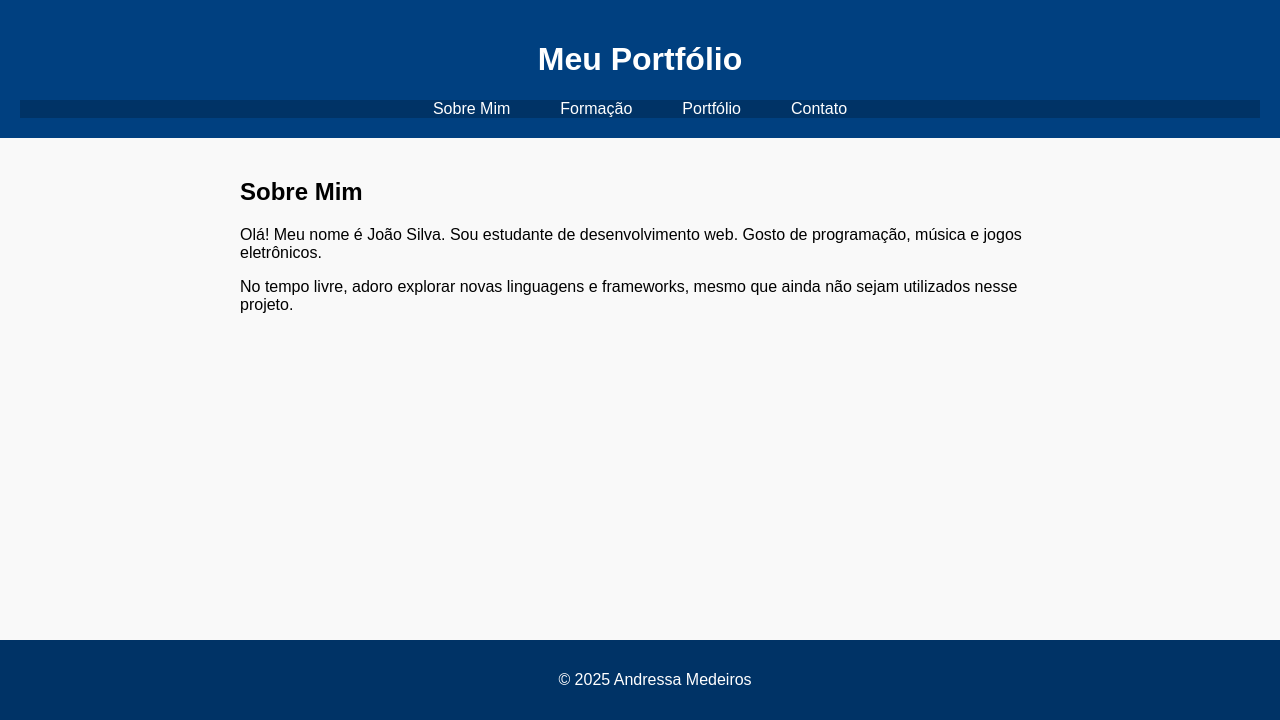
Repository: andressasmedeiros/exercicio-site-basico
Page: index.html
These files come from the project's save history. The page is drawn as it stood at one moment and after the next save; the edit follows.
The browser window is 1280 px wide. The pictures show the whole page.

Above is the page before, as saved 2025-06-26 16:47:17.

### index.html
<!DOCTYPE html>
<html lang="pt-BR">
<head>
  <meta charset="UTF-8" />
  <meta name="viewport" content="width=device-width, initial-scale=1.0" />
  <title>Meu Portfólio</title>
  <link rel="stylesheet" href="./CSS/style.css" />
</head>
<body>
  <header>
    <h1>Meu Portfólio</h1>
    <nav>
      <ul>
        <li><a href="index.html">Sobre Mim</a></li>
        <li><a href="formacao.html">Formação</a></li>
        <li><a href="portfolio.html">Portfólio</a></li>
        <li><a href="contato.html">Contato</a></li>
      </ul>
    </nav>
  </header>

  <main>
    <section>
      <h2>Sobre Mim</h2>
      <p>Olá! Meu nome é João Silva. Sou estudante de desenvolvimento web. Gosto de programação, música e jogos eletrônicos.</p>
      <p>No tempo livre, adoro explorar novas linguagens e frameworks, mesmo que ainda não sejam utilizados nesse projeto.</p>
    </section>
  </main>

  <footer>
    <p>&copy; 2025 Andressa Medeiros</p>
  </footer>
</body>
</html>

### CSS/style.css
body {
  font-family: Arial, sans-serif;
  margin: 0;
  padding: 0;
  background: #f9f9f9;
}

header {
  background: #004080;
  color: white;
  padding: 20px;
  text-align: center;
}

nav ul {
  list-style: none;
  padding: 0;
  background: #003366;
  margin: 0;
  display: flex;
  justify-content: center;
}

nav ul li {
  margin: 0 15px;
}

nav ul li a {
  color: white;
  text-decoration: none;
  padding: 10px;
}

nav ul li a:hover {
  background: #0055aa;
  border-radius: 4px;
}

main {
  padding: 20px;
  max-width: 800px;
  margin: auto;
}

footer {
  background: #003366;
  color: white;
  text-align: center;
  padding: 15px;
  position: fixed;
  bottom: 0;
  width: 100%;
}

form input, form textarea {
  width: 100%;
  padding: 8px;
  margin-top: 5px;
  margin-bottom: 10px;
  border: 1px solid #ccc;
  border-radius: 4px;
}

button {
  background-color: #004080;
  color: white;
  border: none;
  padding: 10px 15px;
  cursor: pointer;
  border-radius: 4px;
}

button:hover {
  background-color: #0066cc;
}

.portfolio-container {
  display: flex;
  gap: 20px; /* Espaço entre cards */
  flex-wrap: wrap; /* Para quebra em telas menores */
}

.card {
  background: white; /* Fundo branco */
  padding: 15px;
  border-radius: 8px;
  box-shadow: 0 0 8px rgba(0,0,0,0.1);
  flex: 1 1 320px; /* Largura mínima de 320px, flexível */
  max-width: 320px;
  display: flex;
  flex-direction: column;
  align-items: center;
}

.card video {
  width: 100%;  /* Vídeo ocupa toda a largura do card */
  height: auto; /* Altura automática para manter proporção */
  border-radius: 5px;
  margin-bottom: 10px;
}
    .card a {
      display: inline-block;
      margin-top: 10px;
      color: #004080;
      font-weight: bold;
      text-decoration: none;
    }

    .card a:hover {
      color: #0066cc;
    }

After the next save:
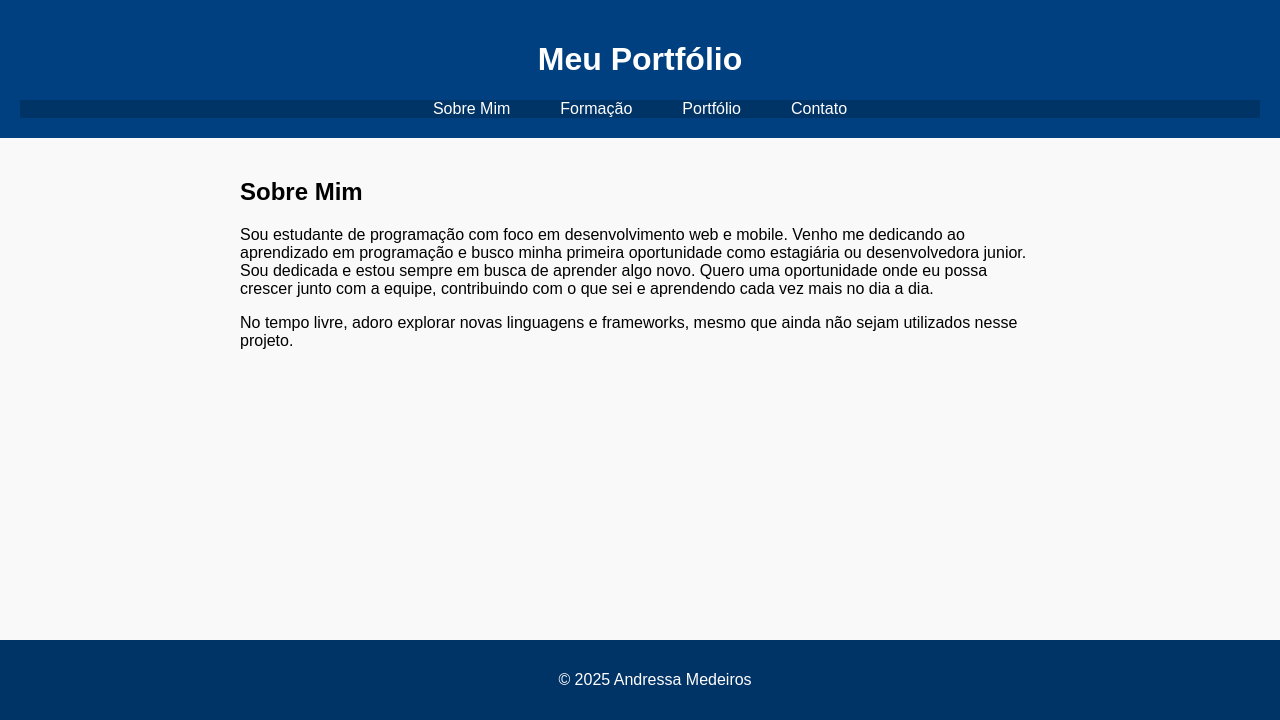
Saved 58 s later.
--- a/index.html
+++ b/index.html
@@ -22,7 +22,11 @@
   <main>
     <section>
       <h2>Sobre Mim</h2>
-      <p>Olá! Meu nome é João Silva. Sou estudante de desenvolvimento web. Gosto de programação, música e jogos eletrônicos.</p>
+      <p>Sou estudante de programação com foco em desenvolvimento web e mobile. Venho me dedicando ao aprendizado em programação
+e busco minha primeira oportunidade como estagiária ou desenvolvedora junior. Sou dedicada e estou sempre em busca de
+aprender algo novo. Quero uma oportunidade onde eu possa crescer junto com a equipe, contribuindo com o que sei e aprendendo
+cada vez mais no dia a dia.
+</p>
       <p>No tempo livre, adoro explorar novas linguagens e frameworks, mesmo que ainda não sejam utilizados nesse projeto.</p>
     </section>
   </main>
